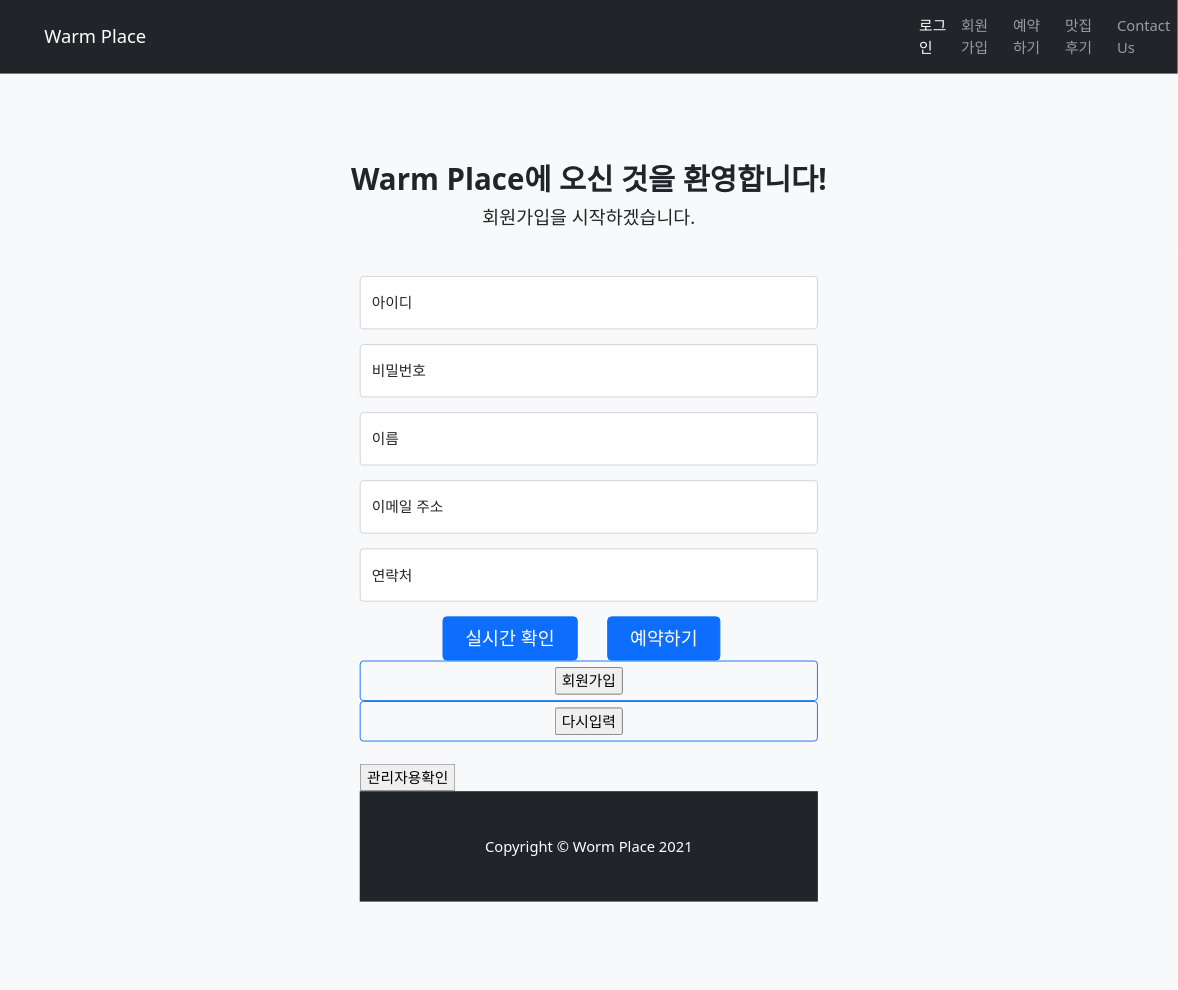
Repository: jaunnnngs/HackaTone
Page: http://localhost/StunProjects/St_Join/st_userJoin.jsp
The author's editor kept a copy of each file at every save. The page is drawn from the files as they stood at one save, then again after the next save.
The browser window is 1280 px wide. The pictures show the whole page, at 92% of full size.
Some web libraries are served in a nearby version. The page is served by Tomcat 9.

Above is the page before, as saved 2021-07-24 12:09:54.

After the next save:
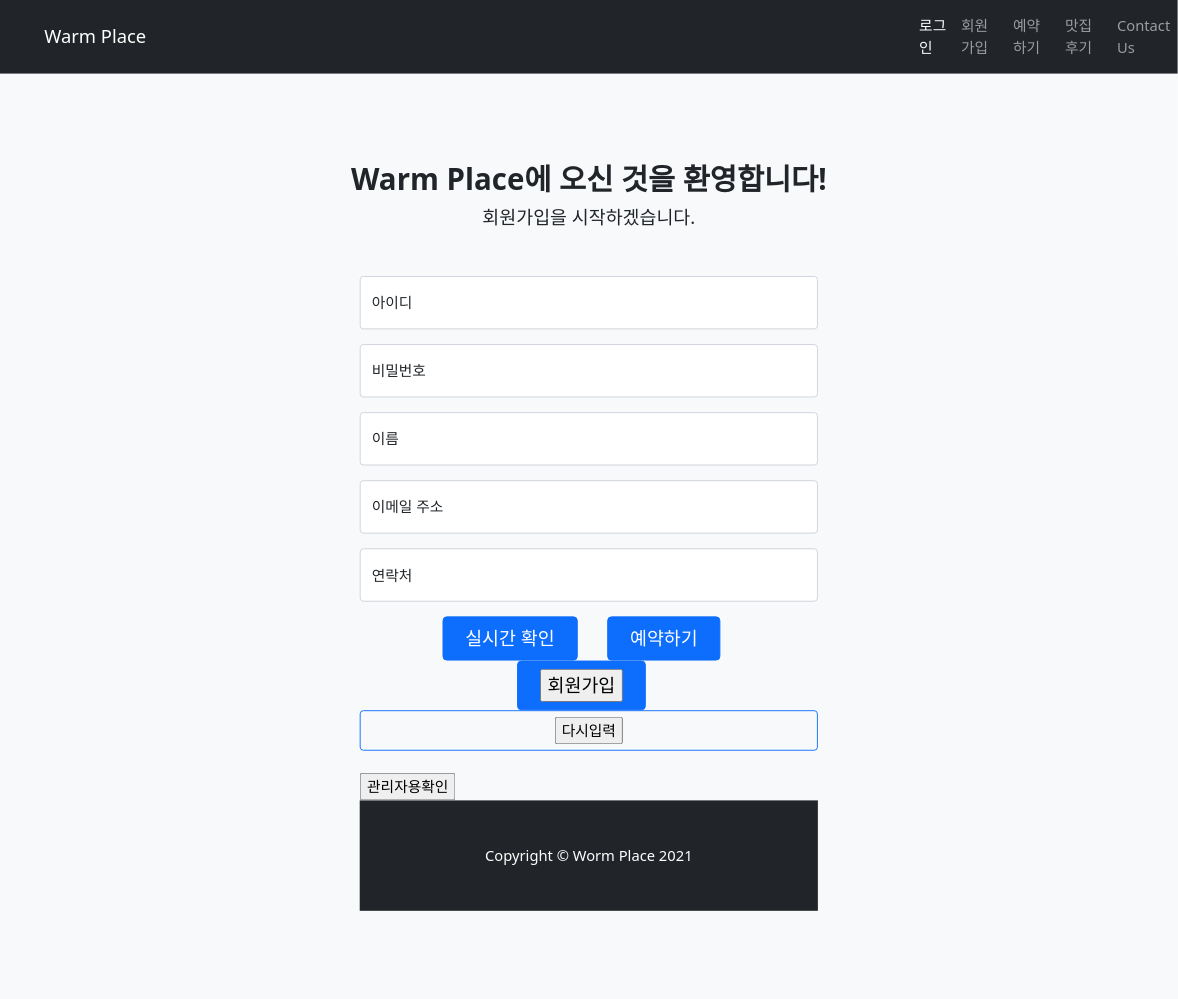
Saved 15 h 49 min later.
--- a/STUN_TEAM/StunProjects/src/main/webapp/St_Join/st_userJoin.jsp
+++ b/STUN_TEAM/StunProjects/src/main/webapp/St_Join/st_userJoin.jsp
@@ -110,7 +110,8 @@
                                 <a class="btn btn-primary btn-lg px-4 me-sm-3" href="#!">실시간 확인</a>
                                 <a class="btn btn-primary btn-lg px-4 me-sm-3" href="#!">예약하기</a>
                             </div>
-							<div class="d-grid"><a class="btn btn-outline-primary" id="submitButton" type="submit">
+							<div class="d-grid gap-3 d-sm-flex justify-content-sm-center">
+							<a class="btn btn-primary btn-lg px-4 me-sm-3" id="submitButton" type="submit">
 								<input id="submitButton" type="submit" value="회원가입"></a></div>
 							<div class="d-grid"><a class="btn btn-outline-primary" id="submitButton" type="submit">
 								<input type="reset" value="다시입력"></a></div>

After the 3 saves that followed:
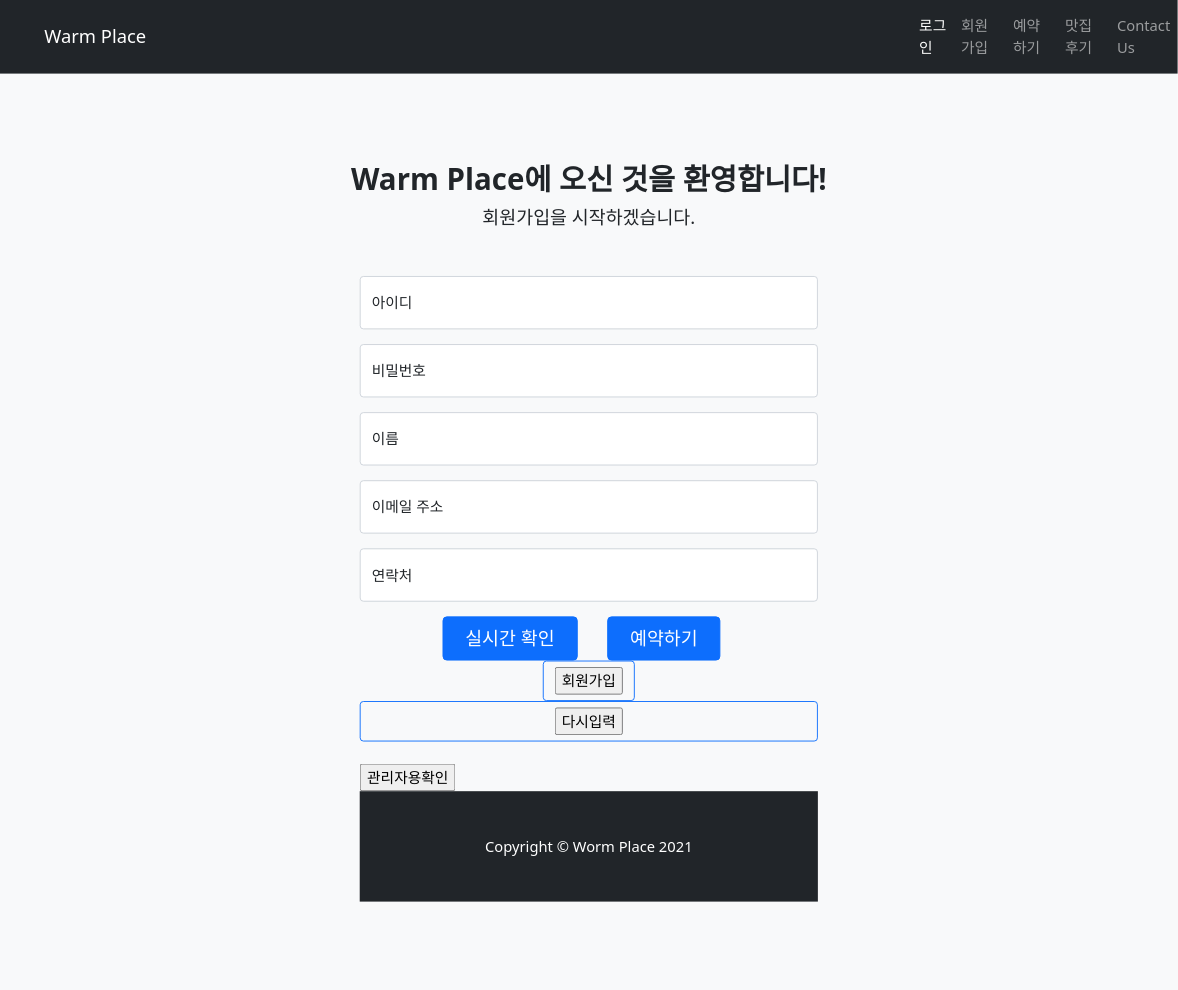
The 3 saves are shown as one change because 2 left the picture as it was.
The last was saved 2 min 28 s later.
--- a/STUN_TEAM/StunProjects/src/main/webapp/St_Join/st_userJoin.jsp
+++ b/STUN_TEAM/StunProjects/src/main/webapp/St_Join/st_userJoin.jsp
@@ -110,8 +110,7 @@
                                 <a class="btn btn-primary btn-lg px-4 me-sm-3" href="#!">실시간 확인</a>
                                 <a class="btn btn-primary btn-lg px-4 me-sm-3" href="#!">예약하기</a>
                             </div>
-							<div class="d-grid gap-3 d-sm-flex justify-content-sm-center">
-							<a class="btn btn-primary btn-lg px-4 me-sm-3" id="submitButton" type="submit">
+							<div class="d-grid gap-3 d-sm-flex justify-content-sm-center"><a class="btn btn-outline-primary" id="submitButton" type="submit">
 								<input id="submitButton" type="submit" value="회원가입"></a></div>
 							<div class="d-grid"><a class="btn btn-outline-primary" id="submitButton" type="submit">
 								<input type="reset" value="다시입력"></a></div>
